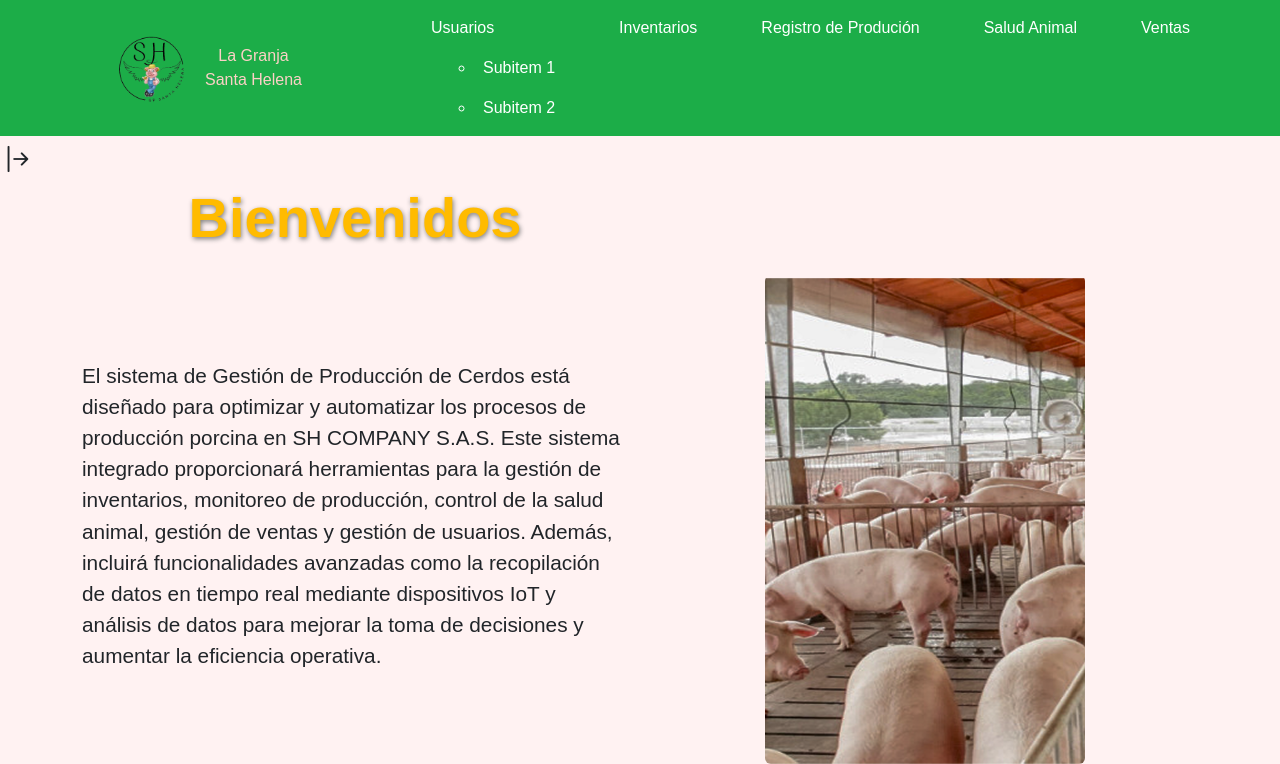
Repository: Mateojimenezz/Granja-Santa-Helena
Page: paginaDeInicio.html
An editor plug-in stored every save of this project. The page is shown before and after a run of saves, followed by the edit.
The browser window is 1280 px wide. The pictures show the whole page.
Some web fonts or font styles are not loaded; a fallback is used.

Above is the page before, as saved 2025-03-31 15:59:37.

### paginaDeInicio.html
<!DOCTYPE html>
<html lang="es">
<head>
    <meta charset="UTF-8">
    <meta name="viewport" content="width=device-width, initial-scale=1.0">
    <title>La Granja</title>
    <link href="https://cdn.jsdelivr.net/npm/bootstrap@5.3.3/dist/css/bootstrap.min.css" rel="stylesheet" integrity="sha384-QWTKZyjpPEjISv5WaRU9OFeRpok6YctnYmDr5pNlyT2bRjXh0JMhjY6hW+ALEwIH" crossorigin="anonymous">

    <link rel="stylesheet" href="./assets/css/index.css">
    <link rel="stylesheet" href="./assets/css/paginaDeInicio.css">
    <link rel="stylesheet" href="https://cdn.jsdelivr.net/npm/bootstrap-icons@1.11.3/font/bootstrap-icons.min.css">
    <link href="https://fonts.googleapis.com/css2?family=Calistoga&display=swap" rel="stylesheet">

  </head>
<body>
  <header class="header sticky-top d-flex  align-items-center ">
    <div class="container d-flex  align-items-center justify-content-between ">
      <div class="logo">
        <img  src="./assets/img/logo.png" width="90" alt="Logo">
        <span>La Granja <br> Santa Helena</span>
      </div>
      <nav class="navbar navbar-expand-lg ">
        <button class="navbar-toggler toggler-focus text-white" type="button" data-bs-toggle="collapse" data-bs-target="#menu" aria-controls="menu" aria-expanded="false" aria-label="Toggle navigation">
          <span class="navbar-toggler-icon"></span>
        </button>
        <div class="collapse navbar-collapse" id="menu">
          <ul class="navbar-nav ms-auto    gap-md-3 gap-lg-5">
            <li class="nav-item"><a class="nav-link" href="#" >Usuarios</a>
              <ul class="submenu">
                <li><a class="nav-link" href="#">Subitem 1</a></li>
                <li><a class="nav-link" href="#">Subitem 2</a></li>
              </ul>
            </li>
            <li class="nav-item"><a class="nav-link" href="#">Inventarios</a></li>
            <li class="nav-item"><a class="nav-link" href="#">Registro de Produción</a></li>
            <li class="nav-item"><a class="nav-link" href="#">Salud Animal</a></li>
            <li class="nav-item"><a class="nav-link" href="#">Ventas</a></li>
          </ul>
        </div>
        </div>
      </nav>
    </div>
  </header>
  <button id="toggleMenu" class="d-none d-sm-none d-md-block  btn  position-fixed  btn-MenuLateralAbrir ">
    <span><i class="bi bi-arrow-bar-right"></i></span>
  </button>
  <!-- Menú lateral -->
  <div id="sidebar" class=" border-end vh-100 position-fixed start-0 p-3  ">
    <button id="closeMenu" class="btn  mb-1 btn-MenuLateralCerrar">
      <span><i class="bi bi-arrow-bar-left"></i></span>
    </button>
    <ul class="nav flex-column">
      <li class="nav-item">
        <a class="nav-link" href="#" data-target="menu-usuarios">Usuarios</a>
      </li>
      <li class="nav-item">
        <a class="nav-link" href="#" data-target="menu-inventario">Inventario</a>
      </li>
      <!-- Agrega más elementos aquí -->
    </ul>
  </div>
  <main class="container">
    <!-- Sección 1 -->
    <section class="row seccion-1">
      <article class="col-12 col-lg-6 d-flex justify-content-center align-items-center mt-5 mb-2">
        <h1 >Bienvenidos</h1>
      </article>
    </section>
    <!-- Sección 2 -->
    <section class="row seccion-2 -gap-10 mt-2">
      <article class="d-flex flex-column align-items-center justify-content-center col-12 col-lg-6 ">
        <p class="text-justify mt-2">
          El sistema de Gestión de Producción de Cerdos está diseñado para optimizar y automatizar
          los procesos de producción porcina en SH COMPANY S.A.S. Este sistema integrado proporcionará herramientas
          para la gestión de inventarios, monitoreo de producción, control de la salud animal, gestión de ventas y gestión de usuarios.
          Además, incluirá funcionalidades avanzadas como la recopilación de datos en tiempo real mediante dispositivos IoT y análisis de datos
          para mejorar la toma de decisiones y aumentar la eficiencia operativa.
        </p>
      </article>
      <!-- Imagen -->
      <article class="col-12 col-lg-6 d-flex justify-content-center align-items-center ">
        <img
          src="assets/img/Upload-5a8315b810a15-13022018 1.png"  width="320" height="200"
          class="img-fluid rounded"
          alt="Fotografía de la granja"
        />
      </article>
    </section>
  </main>










  <!-- bootstrap JS -->
  <script src="https://cdn.jsdelivr.net/npm/bootstrap@5.3.3/dist/js/bootstrap.bundle.min.js" integrity="sha384-YvpcrYf0tY3lHB60NNkmXc5s9fDVZLESaAA55NDzOxhy9GkcIdslK1eN7N6jIeHz" crossorigin="anonymous"></script>
  <script src="./assets/js/menu.js"></script>
  <script src="./assets/js/menuLateral.js"></script>
  <script src="./assets/js/submenu.js"></script>

</body>

</html>

### assets/css/index.css
@import "./variables.css";

/* === General === */
body {
  margin: 0;
  font-family: var(--font-principal);
  background-color: var(--color-FondoDiv2);
}

/* === Header === */
.header {
  background-color: var(--color-principal);
  color: var(--color-texto);
  font-size: 1rem;
}

.logo {
  display: flex;
  align-items: center;
  gap: 0.5rem;
  color: #FCD1C6;
  text-align: center;
  margin-left: 25px;
}

/* === Botón Ingresar === */
.ingresar,
.ingresar1 {
  color: white !important;
  cursor: pointer;
  display: flex;
  align-items: center;
  gap: 10px;
}

.ingresar {
  margin-left: 110px;
  margin-right: 100px;
}

.ingresar h5:hover,
.ingresar1 h5:hover {
  color: var(--color-fondoDiv);
}

/* === Navbar === */
.navar-nav {
  justify-content: center;
}

.nav-link {
  position: relative;
  color: white;
  text-decoration: none;
  padding: 0.5rem;
  transition: color 0.3s ease-in-out;
}
.nav-link:active{
  color: red;
}

.nav-link::after {
  content: '';
  position: absolute;
  left: 15px;
  bottom: 0;
  width: 0;
  height: 2px;
  background-color: var(--color-FondoDiv2);
  transition: width 0.3s ease-in-out;
}

.nav-link:hover {
  color: var(--color-fondoDiv);
}

.nav-link:hover::after {
  width: 75%;
}

/* === Sección 1 - Imagen Principal === */
.imagen1 {
  width: 100%;
  height: 500px;
  object-fit: cover;
}

.titulo1 {
  position: absolute;
  top: 50%;
  left: 50%;
  transform: translate(-50%, -50%);
  color: white;
  font-size: 4rem;
  font-weight: bold;
  text-shadow: 2px 2px 5px var(--color-principal);
  text-align: center;
}

/* === Sección 3 === */
.seccion-3 {
  background-color: var(--color-fondoDiv);
}

/* === Footer === */
.footer {
  background-color: var(--color-Footter);
  padding-left: 50px;
  padding-bottom: 0px;
  margin-bottom: -50px;
}

.Logofooter {
  max-width: 250px;
  margin-right: 50px;
}

/* === Responsividad === */
@media (max-width: 991px) {

  /* Ajustes en dispositivos pequeños */
  .logo {
    margin-left: -10px;
  }

  .navbar-toggler {
    border: none !important;
  }

  .navbar-toggler:focus,
  .navbar-toggler:active,
  .navbar-toggler:hover {
    outline: none !important;
    box-shadow: 0 0 10px #F8E91C !important;
  }

  /* Ocultar ingresar en pantallas pequeñas y mostrar ingresar1 */
  .ingresar {
    display: none;
  }

  .ingresar1 {
    display: flex;
  }

  .ingresar1 .bi {
    padding-top: 5px;
  }
}

### assets/css/paginaDeInicio.css
#sidebar {
  display: none;
  transition: all 0.3s ease; /* Animación opcional */
  background-color: var(--color-menu-lateral);
  width: 250px;
}

#sidebar.open {
  display: block;
}
.btn-MenuLateralAbrir{
  margin-top: -5px;
  margin-left: -10px;
  font-size: 30px;
  font-weight: 700;
  border:none;

}

.btn-MenuLateralCerrar{
  margin-top: -20px;
  margin-left: 190px;
  font-size: 25px;
  border:none;
}
.seccion-1 h1{
    font-family: var(--font-principal);
    color:  #FFBB00;
    font-size: 3.5em;
    font-weight: bold;
    text-shadow: gray 1px 2px 5px;

}
.seccion-2{
  font-size: 1.3em;
  font-family: Arial;
}
/* Ocultar los submenús inicialmente */
.submenu {
  display: none;
}

@media (max-width: 991px) { /* Para pantallas menores a md */
  #sidebar {
    display: none !important; /* Oculta el menú lateral */
  }
  #toggleMenu, #closeMenu {
    display: none !important; /* Oculta los botones asociados */
  }
}
 .submenu {
    display: block; /* Submenús siempre visibles */
  }

  .submenu {
    margin-left: 20px; /* Ajustar posición dentro del menú lateral */
  }
  .nav-item.active .submenu {
    display: block;
  }

### assets/js/menu.js
document.addEventListener("DOMContentLoaded", function () {
    const menuToggle = document.querySelector(".navbar-toggler");
    const logo = document.querySelector(".logo");
    const menu = document.getElementById("menu");

    menuToggle.addEventListener("click", function () {
      const isMenuOpen = menu.classList.contains("show");

      if (isMenuOpen) {
        // Cuando el menú está abierto, restauramos el logo
        logo.style.display = "flex";
      } else {
        // Cuando el menú está cerrado, ocultamos el logo
        logo.style.display = "none";
      }
    });

    // Detectar cuando el usuario cierra el menú automáticamente
    menu.addEventListener("hidden.bs.collapse", function () {
      logo.style.display = "flex";
    });
  });

### assets/js/menuLateral.js
document.addEventListener("DOMContentLoaded", function () {
  const toggleMenu = document.getElementById("toggleMenu");
  const closeMenu = document.getElementById("closeMenu");
  const sidebar = document.getElementById("sidebar");
  const mainContent = document.querySelector("main"); // Selecciona el contenido principal
  const navLinks = document.querySelectorAll(".navbar-nav .nav-link"); // Selecciona los enlaces del menú superior

  // Función que verifica si la pantalla es grande
  function isLargeScreen() {
    return window.innerWidth >= 768; // Define pantallas grandes (md o más)
  }

  // Mostrar/ocultar el menú solo si la pantalla es grande
  if (isLargeScreen()) {
    toggleMenu.addEventListener("click", function () {
      if (sidebar.style.display === "none" || sidebar.style.display === "") {
        sidebar.style.display = "block"; // Muestra el menú lateral
        mainContent.style.marginLeft = "270px"; // Desplaza el contenido hacia la derecha
      } else {
        sidebar.style.display = "none"; // Oculta el menú lateral
        mainContent.style.marginLeft = "220px"; // Restaura el contenido al margen original
      }
    });

    closeMenu.addEventListener("click", function () {
      sidebar.style.display = "none"; // Oculta el menú lateral
      mainContent.style.marginLeft = "220px"; // Restaura el contenido al margen original
    });

    // Funcionalidad para los ítems del menú superior
    navLinks.forEach(link => {
      link.addEventListener("click", function (e) {
        e.preventDefault(); // Evita el comportamiento predeterminado del enlace

        if (sidebar.style.display === "block") {
          sidebar.style.display = "none"; // Oculta el menú lateral
          mainContent.style.marginLeft = "20px"; // Restaura el contenido al margen original
        } else {
          sidebar.style.display = "block"; // Despliega el menú lateral
          mainContent.style.marginLeft = "270px"; // Desplaza el contenido principal
        }
      });
    });
  }

  // Opcional: ocultar el menú inmediatamente si el usuario redimensiona a una pantalla pequeña
  window.addEventListener("resize", function () {
    if (!isLargeScreen()) {
      sidebar.style.display = "none"; // Oculta el menú lateral
      mainContent.style.marginLeft = "0"; // Restaura el contenido al margen original
    }
  });
});

### assets/js/submenu.js
document.addEventListener("DOMContentLoaded", function () {
    const menuItems = document.querySelectorAll(".nav-item"); // Ítems principales del menú

    function isLargeScreen() {
      return window.innerWidth >= 768; // Pantallas grandes
    }

    // Funcionalidad para mostrar los submenús según la pantalla
    menuItems.forEach(item => {
      const submenu = item.querySelector(".submenu");

      if (submenu) {
        if (isLargeScreen()) {
          // Mostrar automáticamente los submenús en pantallas grandes
          submenu.style.display = "block"; // Submenús visibles en el lateral
        } else {
          // Pantallas pequeñas: Mostrar submenús al hacer clic
          item.addEventListener("click", () => {
            item.classList.toggle("active"); // Alternar clase activa
            submenu.style.display = submenu.style.display === "block" ? "none" : "block";
          });
        }
      }
    });

    // Redimensionar: Ajustar los estilos al cambiar el tamaño de la ventana
    window.addEventListener("resize", function () {
      menuItems.forEach(item => {
        const submenu = item.querySelector(".submenu");
        if (submenu) {
          if (isLargeScreen()) {
            submenu.style.display = "block"; // Pantalla grande: Siempre visible
          } else {
            submenu.style.display = "none"; // Pantalla pequeña: Ocultar por defecto
          }
        }
      });
    });
  });

### assets/css/variables.css
/* variables.css */
:root {
    --color-principal: #1CAD48 ;
    --color-Botones: rgba(255, 187, 0, 0.47);
    --color-texto: white;
    --color-fondo: #f5f5f5;
    --font-principal: 'calistoga','arial';
    --color-fondoDiv: #F8E91C;
    --color-FondoDiv2:#FFF2F2;
    --color-Footter: #D9D9D9;
    --letra-gris: #B0B0B7;
    --color-menu-lateral:#BDEAAD;
  }

After the next 4 saves:
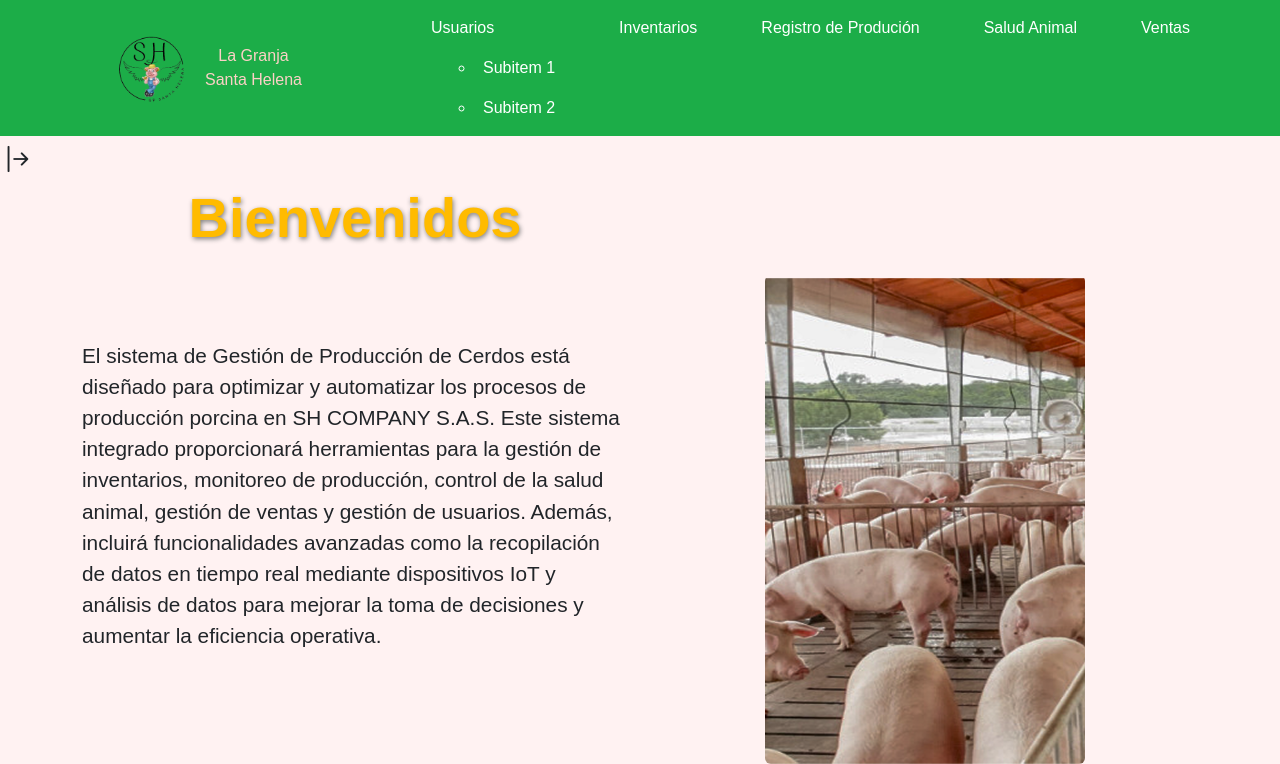
The 4 saves are shown as one change because they came seconds apart.
The last was saved 12 s later.
--- a/paginaDeInicio.html
+++ b/paginaDeInicio.html
@@ -69,7 +69,7 @@
     <!-- Sección 2 -->
     <section class="row seccion-2 -gap-10 mt-2">
       <article class="d-flex flex-column align-items-center justify-content-center col-12 col-lg-6 ">
-        <p class="text-justify mt-2">
+        <p class="text-justify mb-5">
           El sistema de Gestión de Producción de Cerdos está diseñado para optimizar y automatizar
           los procesos de producción porcina en SH COMPANY S.A.S. Este sistema integrado proporcionará herramientas
           para la gestión de inventarios, monitoreo de producción, control de la salud animal, gestión de ventas y gestión de usuarios.
